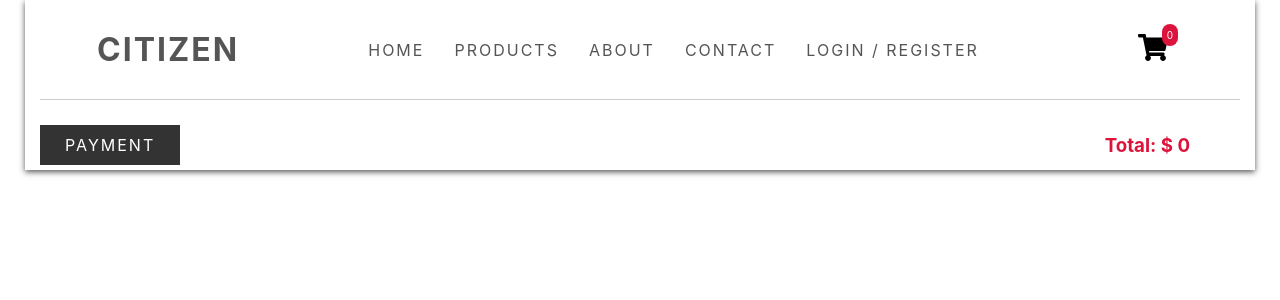
Repository: kiienle/shopping-cart
Page: /cart
These files come from the project's save history. The page is drawn as it stood at one moment and after the next save; the edit follows.
The browser window is 1280 px wide. The pictures show the whole page.
The project was rebuilt for these pictures with package versions that can differ from the ones it lists, and the page was loaded fresh each time. Also part of the build but not shown: src/components/Products.js, src/components/Sizes.js, src/components/DetailsThumb.js, src/components/Colors.js, src/components/Details.js, src/App.css.

Above is the page before, as saved 2021-12-18 15:26:43.

### src/index.css
* {
    padding: 0;
    box-sizing: border-box;
    margin: 0;
    font-family: -apple-system, BlinkMacSystemFont, 'Segoe UI', 'Roboto', 'Oxygen',
      'Ubuntu', 'Cantarell', 'Fira Sans', 'Droid Sans', 'Helvetica Neue',
      sans-serif;
    -webkit-font-smoothing: antialiased;
    -moz-osx-font-smoothing: grayscale;
  }

  code {
    font-family: source-code-pro, Menlo, Monaco, Consolas, 'Courier New',
      monospace;
  }
  .App{
    max-width: 1230px;
    width: 100%;
    margin: auto;
    box-shadow: 0 2px 6px #555;
    padding: 0 15px;
  }
  /* -------------------Header----------------- */
  header{
    width: 100%;
    min-height: 100px;
    overflow: hidden;
    display: flex;
    justify-content: space-around;
    align-items: center;
    flex-wrap: wrap;
    border-bottom: 1px solid #ccc;
    margin-bottom: 20px;
  }
  a{
    text-decoration: none;
    text-transform: uppercase;
    color: #555;
    letter-spacing: 2px;
  }
  a:hover{
    color: lightseagreen;
  }
  ul li{
    list-style: none;
    display: inline-block;
    padding: 0 15px;
  }
  .menu{
    display: none;
  }
  .cart-icon{
    position: relative;
    margin-right: 15px;
  }
  .cart-icon span{
    background: crimson;
    border-radius: 20px;
    color: white;
    position: absolute;
    top:-10px;
    right: -10px;
    font-size: 10px;
    padding: 5px;
  }


  /* ---------------Products--------------- */
  .products{
    width: 100%;
    display: flex;
    justify-content: space-around;
    flex-wrap: wrap;
    margin: 15px 0;
  }
  .products .card{
    max-width: 370px;
    width: 100%;
    overflow: hidden;
    height: 570px;
    box-shadow: 0 0 5px #ccc;
    padding: 15px;
    margin: 15px;
    cursor: pointer;
  }
  .card img{
    width: 100%;
    height: 100%;
    max-height: 340px;
    display: block;
    object-fit: cover;
  }
  .card .box{
    margin: 15px 0;
  }
  .card .box h3{
    text-transform: uppercase;
    overflow: hidden;
    white-space: nowrap;
    text-overflow: ellipsis;
  }
  .card .box p{
    margin: 10px 0;
    line-height: 1.5;
    display: -webkit-box;
    -webkit-box-orient: vertical;
    -webkit-line-clamp: 3;
    overflow: hidden;
    height: 70px;
  }
  .card .box h4{
    color: crimson;
  }
  .card .box button{
    width: 100%;
    border: none;
    outline: none;
    background: #333;
    color: white;
    text-align: center;
    padding: 10px 0;
    margin: 10px 0;
    cursor: pointer;
    text-transform: uppercase;
    letter-spacing: 2px;
  }
  /* -----------------------Details--------------- */
  .details{
    width: 100%;
    display: flex;
    justify-content: space-around;
    flex-wrap: wrap;
    padding: 50px;
  }
  .details .img-container{
    max-width: 400px;
    width: 100%;
    margin: 20px;
    height: 450px;
    background-position: center;
    background-size: cover;
    background-repeat: no-repeat;
  }
  .details .img-container:hover{
    background-size: 150%;
    border: 1px solid #ddd;
    cursor: zoom-in;
  }

  .box-details{
    max-width: 500px;
    width: 100%;
    margin: 20px;
  }
  .box-details h2{
    text-transform: uppercase;
    color: darkblue;
    letter-spacing: 2px;
    font-size: 2rem;
  }
  .box-details button,
  .box-details .cart{
    border: 1px solid #555;
    outline: none;
    background: #333;
    cursor: pointer;
    color: white;
    margin-right: 5px;
    margin-top: 10px;
  }
  .colors button,
  .sizes button{
    width: 35px;
    height: 35px;
  }
  .box-details p{
    line-height: 1.5;
    margin: 10px 0;
    opacity: 0.8;
  }
  .box-details h3{
    color: crimson;
  }
  .box-details .thumb{
    display: flex;
    cursor: pointer;
  }
  .box-details .thumb img{
    width: 50px;
    height: 45px;
    display: block;
    object-fit: cover;
    margin: 20px;
    overflow: hidden;
  }
  .box-details .cart{
    padding: 10px 25px;
    text-transform: uppercase;
    letter-spacing: 2px;
    display: inline-block;
  }
  @media (max-width: 700px){
    header{
      justify-content: space-between;
    }
    ul{
      position: fixed;
      top:0;
      left: -100%;
      width: 100%;
      height: 100vh;
      background: white;
      display: flex;
      flex-direction: column;
      justify-content: space-around;
      align-items: center;
      opacity: 0.98;
      z-index: 99;
      transition: 0.5s ease-in;
    }
    .menu{
      display: block;
      cursor: pointer;
    }
    ul li .menu{
      position: absolute;
      top: 20px;
      right: 20px;
    }
  }

  @media (max-width: 500px){
    .details{
      padding: 0;
    }
    .box-details .thumb img{
      width: 40px;
      height: 35px;
    }
    .details .img-container{
      height: 350px;
    }
  }

  /* ****** Cart ********************** */
  .cart{
    position: relative;
    border: 1px solid #ccc;
    transform: scaleY(0.98)
  }
  .amount span{
    color: crimson;
    padding: 0 20px;
  }
  .amount .count{
    width: 40px;
    height: 30px;
    border: 1px solid #555;
    outline: none;
    background: #555;
    cursor: pointer;
  }
  .delete{
    position: absolute;
    top:0;
    right: 5px;
    color: crimson;
    cursor: pointer;
    font-weight: 900;
  }
  .total{
    width: 100%;
    height: 50px;
    display: flex;
    align-items: center;
    justify-content: space-between;
  }
  .total a{
    background: #333;
    color: white;
    padding: 10px 25px
  }
  .total h3{
    margin-right: 50px;
    color: crimson;
  }

### src/App.js
import React from 'react';
import Header from './components/Header'
import Products from './components/Products'
import { BrowserRouter as Router, Routes, Route }  from 'react-router-dom';
import DataProvider from './components/DataProvider';
import Details from './components/Details'
import Cart from './components/Cart'

import './App.css';

function App() {
  return (
    <DataProvider>
      <div className="App">
        <Router>
          <Header />

          <section>
            <Routes>
              <Route path="products" element={<Products />}/>
              <Route path="products/:id" element={ <Details /> } />
              <Route path="cart" element={ <Cart /> } />
            </Routes>
          </section>
        </Router>
      </div>
    </DataProvider>
  );
}

export default App;

### src/components/Header.js
import React, {useState, useContext} from 'react'
import { Link } from 'react-router-dom'
import Menu from './svg/bars-solid.svg'
import Close from './svg/times-solid.svg'
import Cart from './svg/shopping-cart-solid.svg'
import { DataContext } from './DataProvider'

export default function Header() {
    const [menu, setMenu] = useState(false)
    const {cartState} = useContext(DataContext)
    const [cart, setCarts] = cartState

    const toggleMenu = () => {
        setMenu(!menu)
    }

    const styleMenu = {
        left: menu ? 0 : "-100%"
    }
    return (
        <header>
            <div onClick={toggleMenu} className='menu'>
                <img src={Menu} width="30" />
            </div>

            <div className="logo">
                <h1><Link to="/products">Citizen</Link></h1>
            </div>
            <ul style={styleMenu}>
                <li><Link to="/">Home</Link></li>
                <li><Link to="/products">Products</Link></li>
                <li><Link to="/">About</Link></li>
                <li><Link to="/">Contact</Link></li>
                <li><Link to="/">Login / Register</Link></li>
                <li onClick={toggleMenu} >
                    <img src={Close} alt="" width="30" className='menu' />
                </li>
            </ul>

            <div className='cart-icon'>
                <span>{cart.length}</span>
                <Link to={"/cart"}>
                    <img src={Cart} alt='' width="30" />
                </Link>
            </div>
        </header>
    )
}

### src/components/DataProvider.js
import React, {useState, createContext, useEffect} from 'react'

export const DataContext = createContext()

export default function DataProvider({children}) {
    const [products, setProducts] = useState([
        {
            "_id":"1",
             "title": "Wacth Product 01",
             "images": [
                 "https://www.upsieutoc.com/images/2020/07/18/img1.jpg",
                 "https://www.upsieutoc.com/images/2020/07/18/img2.jpg",
                 "https://www.upsieutoc.com/images/2020/07/18/img3.jpg",
                 "https://www.upsieutoc.com/images/2020/07/18/img4.jpg"
                 ],
             "description": "How to and tutorial videos of cool CSS effect, Web Design ideas,JavaScript libraries, Node.",
             "content": "Welcome to our channel Dev AT. Here you can learn web designing, UI/UX designing, html css tutorials, css animations and css effects, javascript and jquery tutorials and related so on.",
             "colors": ["red", "black", "teal"],
             "sizes": ["XL", "L", "M", "XM", "LX"],
             "price": 101,
             "count": 1
         },
         {
             "_id": "2",
             "title": "Wacth Product 02",
             "images": [
                 "https://www.upsieutoc.com/images/2020/07/18/img2.jpg",
                 "https://www.upsieutoc.com/images/2020/07/18/img1.jpg",
                 "https://www.upsieutoc.com/images/2020/07/18/img3.jpg",
                 "https://www.upsieutoc.com/images/2020/07/18/img4.jpg"
                 ],
             "description": "How to and tutorial videos of cool CSS effect, Web Design ideas,JavaScript libraries, Node.",
             "content": "Welcome to our channel Dev AT. Here you can learn web designing, UI/UX designing, html css tutorials, css animations and css effects, javascript and jquery tutorials and related so on.",
             "colors": ["red", "black", "teal"],
             "sizes": ["XL", "L", "M", "XM", "LX"],
             "price": 102,
             "count": 1

         },
         {
             "_id": "3",
             "title": "Wacth Product 03",
             "images": [
                 "https://www.upsieutoc.com/images/2020/07/18/img3.jpg",
                 "https://www.upsieutoc.com/images/2020/07/18/img2.jpg",
                 "https://www.upsieutoc.com/images/2020/07/18/img1.jpg",
                 "https://www.upsieutoc.com/images/2020/07/18/img4.jpg"
                 ],
             "description": "How to and tutorial videos of cool CSS effect, Web Design ideas,JavaScript libraries, Node.",
             "content": "Welcome to our channel Dev AT. Here you can learn web designing, UI/UX designing, html css tutorials, css animations and css effects, javascript and jquery tutorials and related so on.",
             "colors": ["red", "black", "teal"],
             "sizes": ["XL", "L", "M", "XM", "LX"],
             "price": 103,
             "count": 1

         },
         {
             "_id": "4",
             "title": "Wacth Product 04",
             "images": [
                 "https://www.upsieutoc.com/images/2020/07/18/img4.jpg",
                 "https://www.upsieutoc.com/images/2020/07/18/img2.jpg",
                 "https://www.upsieutoc.com/images/2020/07/18/img3.jpg",
                 "https://www.upsieutoc.com/images/2020/07/18/img1.jpg"
                 ],
             "description": "How to and tutorial videos of cool CSS effect, Web Design ideas,JavaScript libraries, Node.",
             "content": "Welcome to our channel Dev AT. Here you can learn web designing, UI/UX designing, html css tutorials, css animations and css effects, javascript and jquery tutorials and related so on.",
             "colors": ["red", "black", "teal"],
             "sizes": ["XL", "L", "M", "XM", "LX"],
             "price": 104,
             "count": 1

         },
         {
             "_id": "5",
             "title": "Wacth Product 05",
             "images": [
                 "https://www.upsieutoc.com/images/2020/07/18/img5.jpg",
                 "https://www.upsieutoc.com/images/2020/07/18/img2.jpg",
                 "https://www.upsieutoc.com/images/2020/07/18/img3.jpg",
                 "https://www.upsieutoc.com/images/2020/07/18/img4.jpg"
                 ],
             "description": "How to and tutorial videos of cool CSS effect, Web Design ideas,JavaScript libraries, Node.",
             "content": "Welcome to our channel Dev AT. Here you can learn web designing, UI/UX designing, html css tutorials, css animations and css effects, javascript and jquery tutorials and related so on.",
             "colors": ["red", "black", "teal"],
             "sizes": ["XL", "L", "M", "XM", "LX"],
             "price": 105,
             "count": 1

         },
         {
             "_id": "6",
             "title": "Wacth Product 06",
             "images": [
                 "https://www.upsieutoc.com/images/2020/07/18/img6.jpg",
                 "https://www.upsieutoc.com/images/2020/07/18/img2.jpg",
                 "https://www.upsieutoc.com/images/2020/07/18/img3.jpg",
                 "https://www.upsieutoc.com/images/2020/07/18/img4.jpg"
                 ],
             "description": "How to and tutorial videos of cool CSS effect, Web Design ideas,JavaScript libraries, Node.",
             "content": "Welcome to our channel Dev AT. Here you can learn web designing, UI/UX designing, html css tutorials, css animations and css effects, javascript and jquery tutorials and related so on.",
             "colors": ["red", "black", "teal"],
             "sizes": ["XL", "L", "M", "XM", "LX"],
             "price": 106,
             "count": 1

         }
    ])
    const [cart, setCart] = useState([])

    const addCart = (id) => {
        const check = cart.every(item => {
            return item._id !== id
        })
        if(check) {
            const data = products.filter(product => {
                return product._id === id
            })
            setCart([...cart, ...data])
        } else {
            alert('The product has been added to cart.')
        }
    }

    useEffect(() => {
        const dataStorage = JSON.parse(localStorage.getItem('dataCart'))
        if(dataStorage) setCart(dataStorage)
    }, [])

    useEffect(() => {
        localStorage.setItem('dataCart', JSON.stringify(cart))
    }, [cart])

    const value = {
        productsState: [products, setProducts],
        cartState: [cart, setCart],
        addCart
    }
    return (
        <DataContext.Provider value={value}>
            {children}
        </DataContext.Provider>
    )
}

### src/components/Cart.js
import React, {useContext, useState} from 'react'
import { DataContext } from './DataProvider'
import Sizes from './Sizes'
import Colors from './Colors'
import { Link } from 'react-router-dom'
import { useEffect } from 'react/cjs/react.development'

export default function Cart() {
    const {cartState} = useContext(DataContext)
    const [cart, setCart] = cartState
    const [total, setTotal] = useState(0)

    useEffect(() => {
        const getTotal = () => {
            const res = cart.reduce((prev, item) => {
                return (prev + item.price * item.count)
            }, 0)
            setTotal(res)
        }
        getTotal()
    }, [cart])
    const reduction = (id) => {
        cart.forEach(item => {
            if(item._id === id) {
                item.count === 1 ? item.count = 1: item.count -= 1
            }
        });
        setCart([...cart])
    }
    const increase = (id) => {
        cart.forEach(item => {
            if(item._id === id) {
                item.count ++
            }
        });
        setCart([...cart])
    }

    const removeProduct = (id) => {
        if(window.confirm("Do you want delete this product?")){
            cart.forEach((item, index) => {
                if(item._id === id){
                    cart.splice(index, 1)
                }
            })
            console.log(id)
            setCart([...cart])
        }
    }
    return (
        <>
            {cart.map(product =>
                <div className='details cart' key={product._id}>
                    <div
                        className='img-container'
                        style={{ backgroudImage: `url(${product.images[0]})` }}
                    />
                    <div className='box-details'>
                        <h2 title={product.title}>{product.title}</h2>
                        <h3>${product.price}</h3>
                        <Colors colors={product.colors}/>
                        <Sizes sizes={product.sizes} />
                        <p>{product.description}</p>
                        <p>{product.content}</p>
                        <div className='amount'>
                            <button className='count' onClick={() => reduction(product._id)}>-</button>
                            <span>{product.count}</span>
                            <button className='count' onClick={() => increase(product._id)}>+</button>
                        </div>
                        <div className='delete' onClick={() => removeProduct(product._id)}>X</div>
                    </div>
                </div>
            )}
            <div className="total">
               <Link to="/payment">Payment</Link>
               <h3>Total: $ {total}</h3>
           </div>
        </>
    )
}

Loaded but not shown: public/index.html (common file); src/index.js (common file)

After the next save:
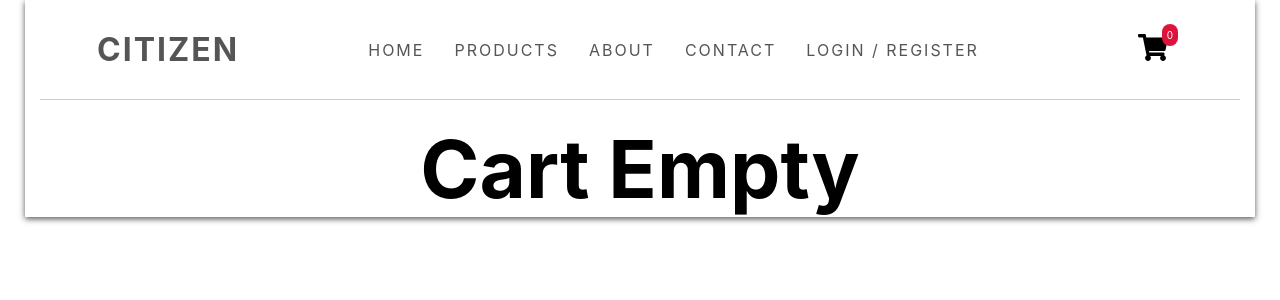
Saved 82 s later.
--- a/src/components/Cart.js
+++ b/src/components/Cart.js
@@ -47,6 +47,10 @@ export default function Cart() {
             setCart([...cart])
         }
     }
+
+    if(cart.length === 0) {
+        return <h2 style={{textAlign: 'center', fontSize: "5rem"}}>Cart Empty</h2>
+    }
     return (
         <>
             {cart.map(product =>
